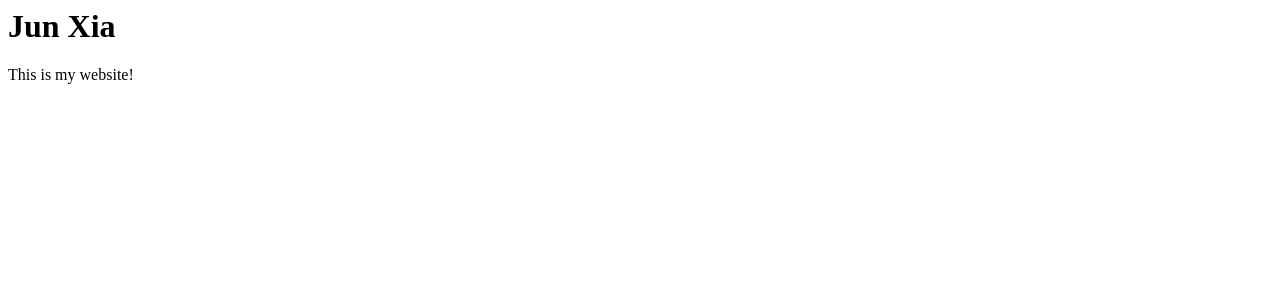
Repository: JackyZzZz/JackyZzZz.github.io
Page: index.html
The author's editor kept a copy of each file at every save. The page is drawn from the files as they stood at one save, then again after the next save.
The browser window is 1280 px wide. The pictures show the whole page.

Above is the page before, as saved 2023-07-03 19:38:02.

### index.html
<html>
    <head>
        <title>Jun's Website</title>
        <meta charset="utf-8">

    </head>

    <body>
        <h1>Jun Xia</h1>
        <div>
            <p>This is my website!</p>
        </div>
    </body>
</html>

After the next save:
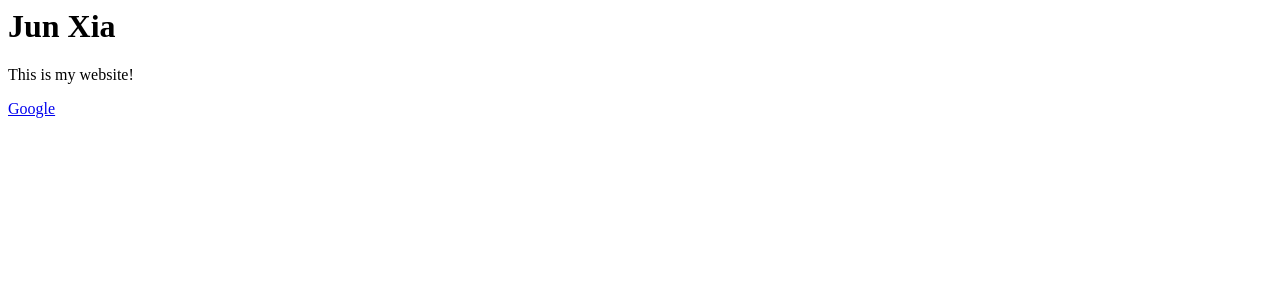
Saved 34 s later.
--- a/index.html
+++ b/index.html
@@ -9,6 +9,7 @@
         <h1>Jun Xia</h1>
         <div>
             <p>This is my website!</p>
+            <a href="https://google.com">Google</a>
         </div>
     </body>
 </html>
